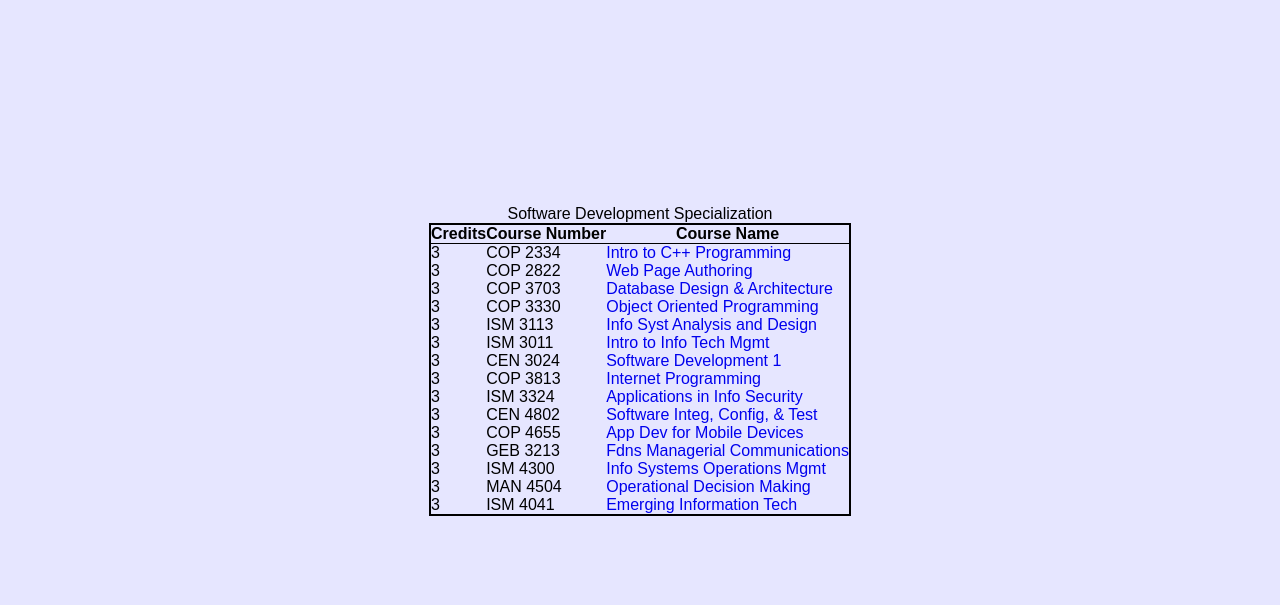
Repository: mlmEFSC21/P3-DegreeSpecializationTable
Page: index.html
The author's editor kept a copy of each file at every save. The page is drawn from the files as they stood at one save, then again after the next save.
The browser window is 1280 px wide. The pictures show the whole page.
Some web fonts or font styles are not loaded; a fallback is used.

Above is the page before, as saved 2022-02-01 21:01:40.

### index.html
<!DOCTYPE html>
<html lang="en">
    <head>
        <meta charset="UTF-8" />
        <meta http-equiv="X-UA-Compatible" content="IE=edge" />
        <meta name="viewport" content="width=device-width, initial-scale=1.0" />
        <link rel="stylesheet" href="tableStyles.css" />
        <title>Degree Specialization Table</title>
    </head>
    <body>
        <table>
            <caption class="tableTitle">
                Software Development Specialization
            </caption>
            <thead>
                <tr class="colTitles">
                    <th>Credits</th>
                    <th>Course Number</th>
                    <th>Course Name</th>
                </tr>
            </thead>
            <tr>
                <td>3</td>
                <td>COP 2334</td>
                <td>
                    <a
                        href="https://bannerweb.easternflorida.edu/prod/bwckctlg.p_disp_course_detail?cat_term_in=202210&subj_code_in=COP&crse_numb_in=1000"
                        >Intro to C++ Programming</a
                    >
                </td>
            </tr>
            <tr>
                <td>3</td>
                <td>COP 2822</td>
                <td>
                    <a
                        href="https://bannerweb.easternflorida.edu/prod/bwckctlg.p_disp_course_detail?cat_term_in=202210&subj_code_in=COP&crse_numb_in=2822"
                        >Web Page Authoring</a
                    >
                </td>
            </tr>
            <tr>
                <td>3</td>
                <td>COP 3703</td>
                <td>
                    <a
                        href="https://bannerweb.easternflorida.edu/prod/bwckctlg.p_disp_course_detail?cat_term_in=202210&subj_code_in=COP&crse_numb_in=3703"
                        >Database Design & Architecture</a
                    >
                </td>
            </tr>
            <tr>
                <td>3</td>
                <td>COP 3330</td>
                <td>
                    <a
                        href="https://bannerweb.easternflorida.edu/prod/bwckctlg.p_disp_course_detail?cat_term_in=202210&subj_code_in=COP&crse_numb_in=3330"
                        >Object Oriented Programming</a
                    >
                </td>
            </tr>
            <tr>
                <td>3</td>
                <td>ISM 3113</td>
                <td>
                    <a
                        href="https://bannerweb.easternflorida.edu/prod/bwckctlg.p_disp_course_detail?cat_term_in=202210&subj_code_in=ISM&crse_numb_in=3113"
                        >Info Syst Analysis and Design</a
                    >
                </td>
            </tr>
            <tr>
                <td>3</td>
                <td>ISM 3011</td>
                <td>
                    <a
                        href="https://bannerweb.easternflorida.edu/prod/bwckctlg.p_disp_course_detail?cat_term_in=202210&subj_code_in=ISM&crse_numb_in=3011"
                        >Intro to Info Tech Mgmt</a
                    >
                </td>
            </tr>
            <tr>
                <td>3</td>
                <td>CEN 3024</td>
                <td>
                    <a
                        href="https://bannerweb.easternflorida.edu/prod/bwckctlg.p_disp_course_detail?cat_term_in=202210&subj_code_in=CEN&crse_numb_in=3024"
                        >Software Development 1</a
                    >
                </td>
            </tr>
            <tr>
                <td>3</td>
                <td>COP 3813</td>
                <td>
                    <a
                        href="https://bannerweb.easternflorida.edu/prod/bwckctlg.p_disp_course_detail?cat_term_in=202210&subj_code_in=COP&crse_numb_in=3813"
                        >Internet Programming</a
                    >
                </td>
            </tr>
            <tr>
                <td>3</td>
                <td>ISM 3324</td>
                <td>
                    <a
                        href="https://bannerweb.easternflorida.edu/prod/bwckctlg.p_disp_course_detail?cat_term_in=202210&subj_code_in=ISM&crse_numb_in=3324"
                        >Applications in Info Security</a
                    >
                </td>
            </tr>
            <tr>
                <td>3</td>
                <td>CEN 4802</td>
                <td>
                    <a
                        href="https://bannerweb.easternflorida.edu/prod/bwckctlg.p_disp_course_detail?cat_term_in=202210&subj_code_in=CEN&crse_numb_in=4802"
                        >Software Integ, Config, & Test</a
                    >
                </td>
            </tr>
            <tr>
                <td>3</td>
                <td>COP 4655</td>
                <td>
                    <a
                        href="https://bannerweb.easternflorida.edu/prod/bwckctlg.p_disp_course_detail?cat_term_in=202210&subj_code_in=COP&crse_numb_in=4655"
                        >App Dev for Mobile Devices</a
                    >
                </td>
            </tr>
            <tr>
                <td>3</td>
                <td>GEB 3213</td>
                <td>
                    <a
                        href="https://bannerweb.easternflorida.edu/prod/bwckctlg.p_disp_course_detail?cat_term_in=202210&subj_code_in=GEB&crse_numb_in=3213"
                        >Fdns Managerial Communications</a
                    >
                </td>
            </tr>
            <tr>
                <td>3</td>
                <td>ISM 4300</td>
                <td>
                    <a
                        href="https://bannerweb.easternflorida.edu/prod/bwckctlg.p_disp_course_detail?cat_term_in=202210&subj_code_in=ISM&crse_numb_in=4300"
                        >Info Systems Operations Mgmt</a
                    >
                </td>
            </tr>
            <tr>
                <td>3</td>
                <td>MAN 4504</td>
                <td>
                    <a
                        href="https://bannerweb.easternflorida.edu/prod/bwckctlg.p_disp_course_detail?cat_term_in=202210&subj_code_in=MAN&crse_numb_in=4504"
                        >Operational Decision Making</a
                    >
                </td>
            </tr>
            <tr>
                <td>3</td>
                <td>ISM 4041</td>
                <td>
                    <a
                        href="https://bannerweb.easternflorida.edu/prod/bwckctlg.p_disp_course_detail?cat_term_in=202210&subj_code_in=ISM&crse_numb_in=4041"
                        >Emerging Information Tech</a
                    >
                </td>
            </tr>
        </table>
    </body>
</html>

### tableStyles.css
@import url("https://fonts.googleapis.com/css2?family=Spectral:wght@400&display=swap");

:root {
    --clr-prime: #003c5e;
    --clr-second: #1a2028;
    --clr-accent: #8fb500;
    --clr-font-prime: #5b8ead;
    --clr-font-second: black;
    --clr-background: #e6e6ff;
}
*,
*::before,
*::after {
    margin: 0;
    padding: 0;
    box-sizing: border-box;
}
body {
    font-family: Spectral, sans-serif;
    height: 100vh;
    display: grid;
    align-items: center;
    justify-content: center;
    background-color: var(--clr-background);
}
table {
    border-collapse: collapse;
    box-shadow: 0 50px 10px rgba(255 255 255 100);
    border: 2px solid black;
    padding: 0.25rem;
}
.colTitles {
    border-bottom: 1px solid black;
}
a {
    text-decoration: none;
}

After the next save:
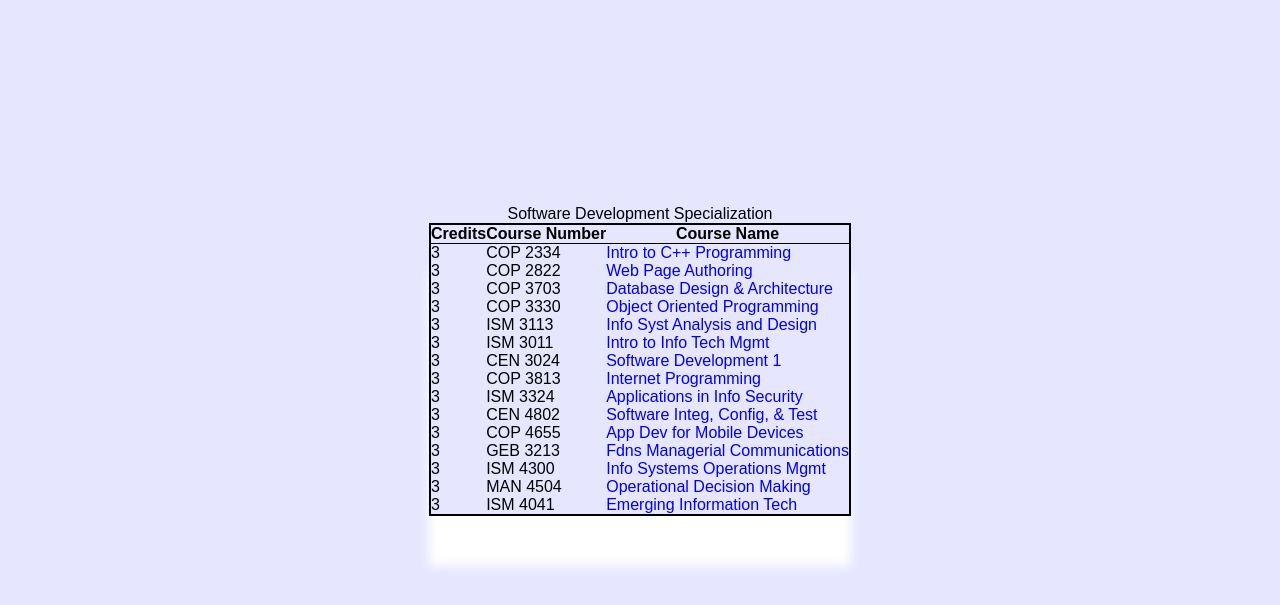
Saved 21 s later.
--- a/tableStyles.css
+++ b/tableStyles.css
@@ -25,7 +25,7 @@
 }
 table {
     border-collapse: collapse;
-    box-shadow: 0 50px 10px rgba(255 255 255 100);
+    box-shadow: 0 50px 10px rgba(255, 255, 255, 1);
     border: 2px solid black;
     padding: 0.25rem;
 }

After the save that followed:
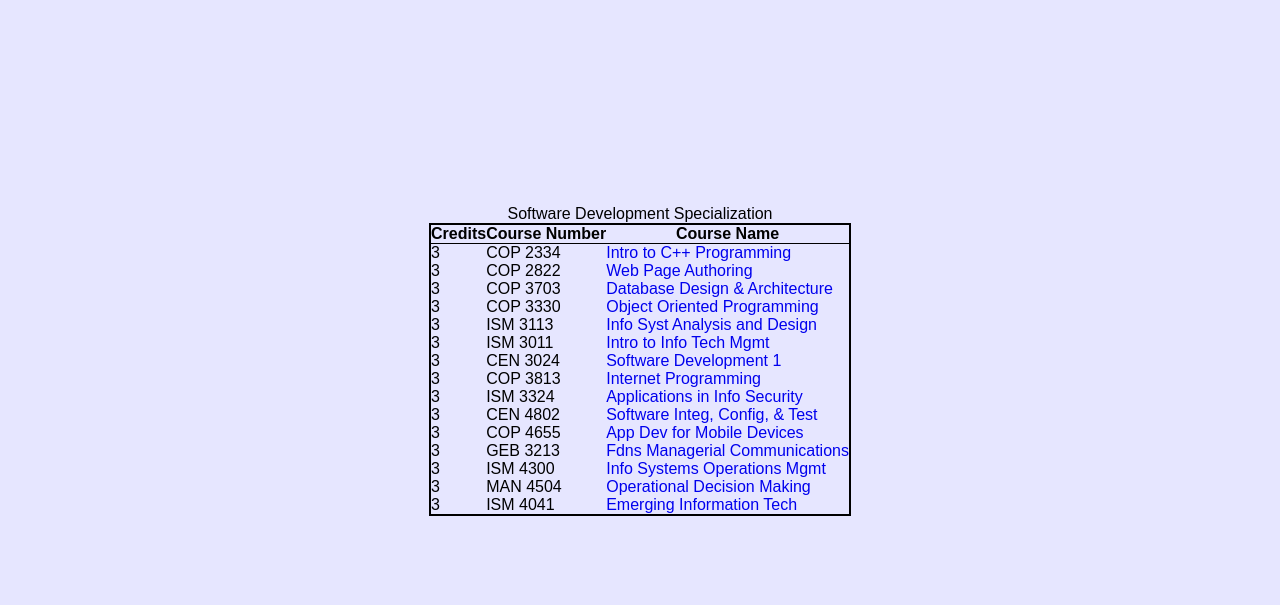
Saved 19 s later.
--- a/tableStyles.css
+++ b/tableStyles.css
@@ -25,7 +25,7 @@
 }
 table {
     border-collapse: collapse;
-    box-shadow: 0 50px 10px rgba(255, 255, 255, 1);
+    box-shadow: 0 50px 10px rgba(0 0 0 1);
     border: 2px solid black;
     padding: 0.25rem;
 }
